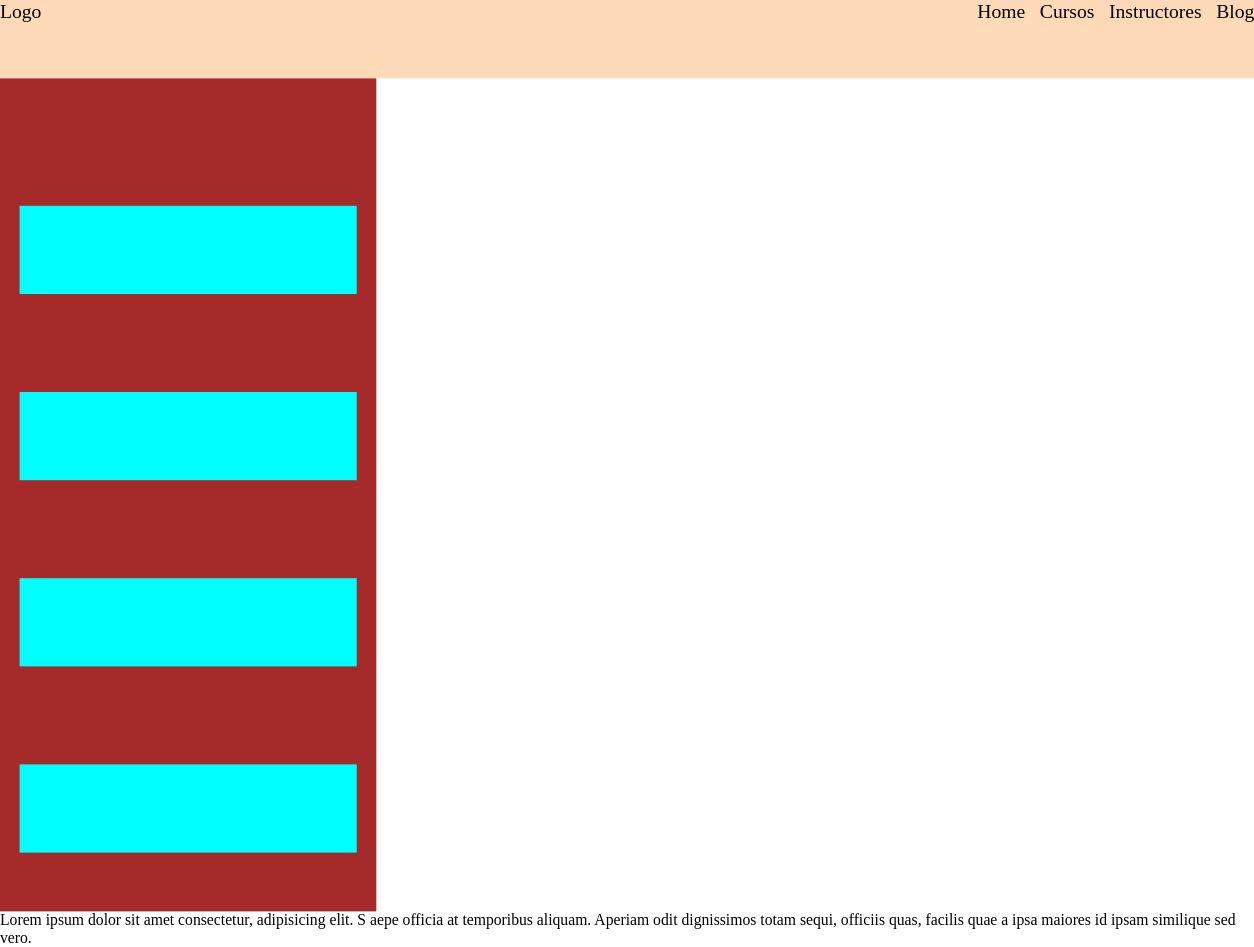
Repository: Daniel009980/daniel0099980
Page: desafiolayout1/index.html
The author's editor kept a copy of each file at every save. The page is drawn from the files as they stood at one save, then again after the next save.
The browser window is 1280 px wide. The pictures show the whole page, at 98% of full size.

Above is the page before, as saved 2022-09-21 19:58:47.

### desafiolayout1/index.html
<!DOCTYPE html>
<html lang="en">
<head>
    <meta charset="UTF-8">
    <meta http-equiv="X-UA-Compatible" content="IE=edge">
    <meta name="viewport" content="width=device-width, initial-scale=1.0">
    <title>Desafio layout 1</title>
    <link rel="stylesheet" href="./style.css">
</head>
<body>
    <header class="cabeza">
    <p>Logo</p>
        <ul class="nav">
            <li>Home</li>
            <li>Cursos</li>
            <li>Instructores</li>
            <li>Blog</li>
        </ul>
    </header>
<section class="cosas">
    <ul class="ad">
        <li></li>
        <li></li>
        <li></li>
        <li></li>
    </ul>
</section>
<section class="parraf">
    <p>Lorem ipsum dolor sit amet consectetur, adipisicing elit. S
        aepe officia at temporibus aliquam. Aperiam odit dignissimos totam sequi,
         officiis quas, facilis quae a ipsa maiores id ipsam similique
          sed vero.</p>
</section>
</body>
</html>

### desafiolayout1/style.css
*{
    box-sizing: border-box;
    margin: 0;
    padding: 0;
}

.nav li{
    display: inline-block;
    padding-left: 10px;

}

.cabeza p{
    display: inline-block;
    font-size: 20px;

}

.cabeza{
    background-color: peachpuff;
    height: 80px;
    display: flex;
    justify-content: space-between;
    flex-wrap: wrap;
}
.nav {
    list-style: none;
    font-size: 20px;
    /* text-align: right; */
}

.section cosas {
    display: inline-flex;
    width: 30%;
}
.ad{
    width: 30%;
    background-color: brown;
    padding-top: 50px;
    height: 850px;
    display: flex;
    flex-direction: column;
    list-style: none;
}

.ad li{
    background-color: aqua;
    margin: 20px;
    margin-top: 80px;
    height: 90px;
}

After the next save:
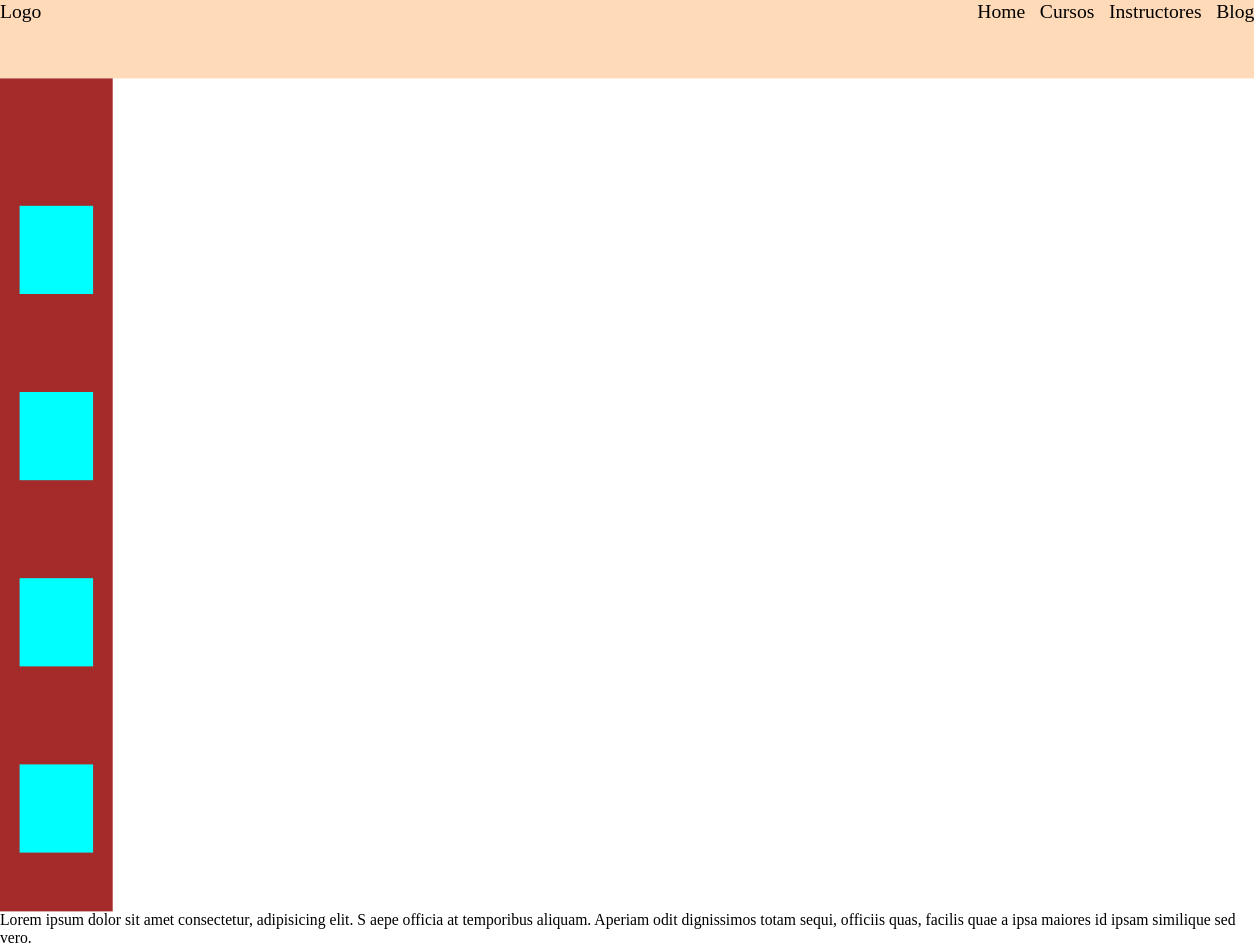
Saved 11 s later.
--- a/desafiolayout1/style.css
+++ b/desafiolayout1/style.css
@@ -29,7 +29,7 @@
     /* text-align: right; */
 }
 
-.section cosas {
+.cosas {
     display: inline-flex;
     width: 30%;
 }

After the 3 saves that followed:
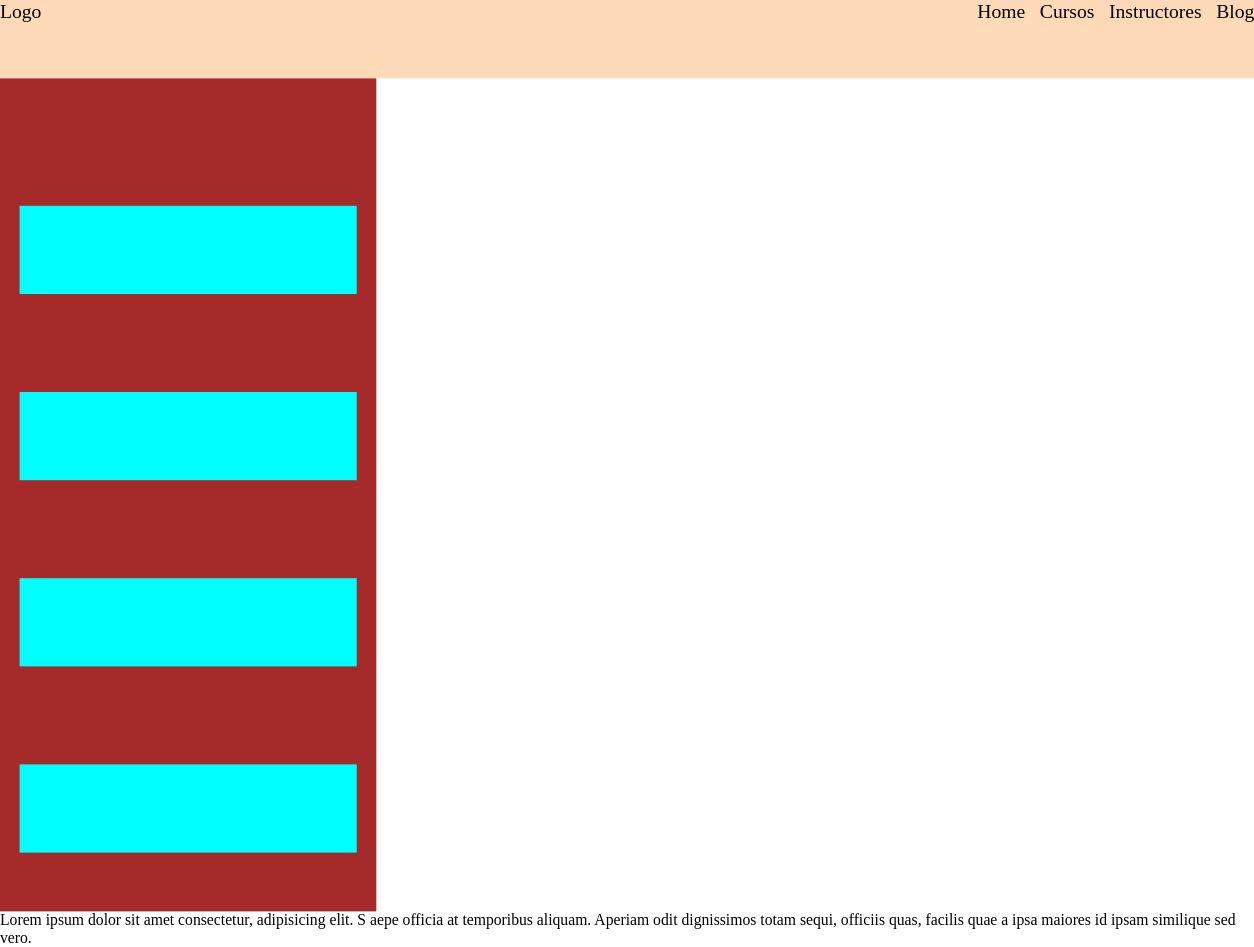
The 3 saves are shown as one change because 2 left the picture as it was.
The last was saved 59 s later.
--- a/desafiolayout1/style.css
+++ b/desafiolayout1/style.css
@@ -29,9 +29,9 @@
     /* text-align: right; */
 }
 
-.cosas {
+
+.parraf{
     display: inline-flex;
-    width: 30%;
 }
 .ad{
     width: 30%;
